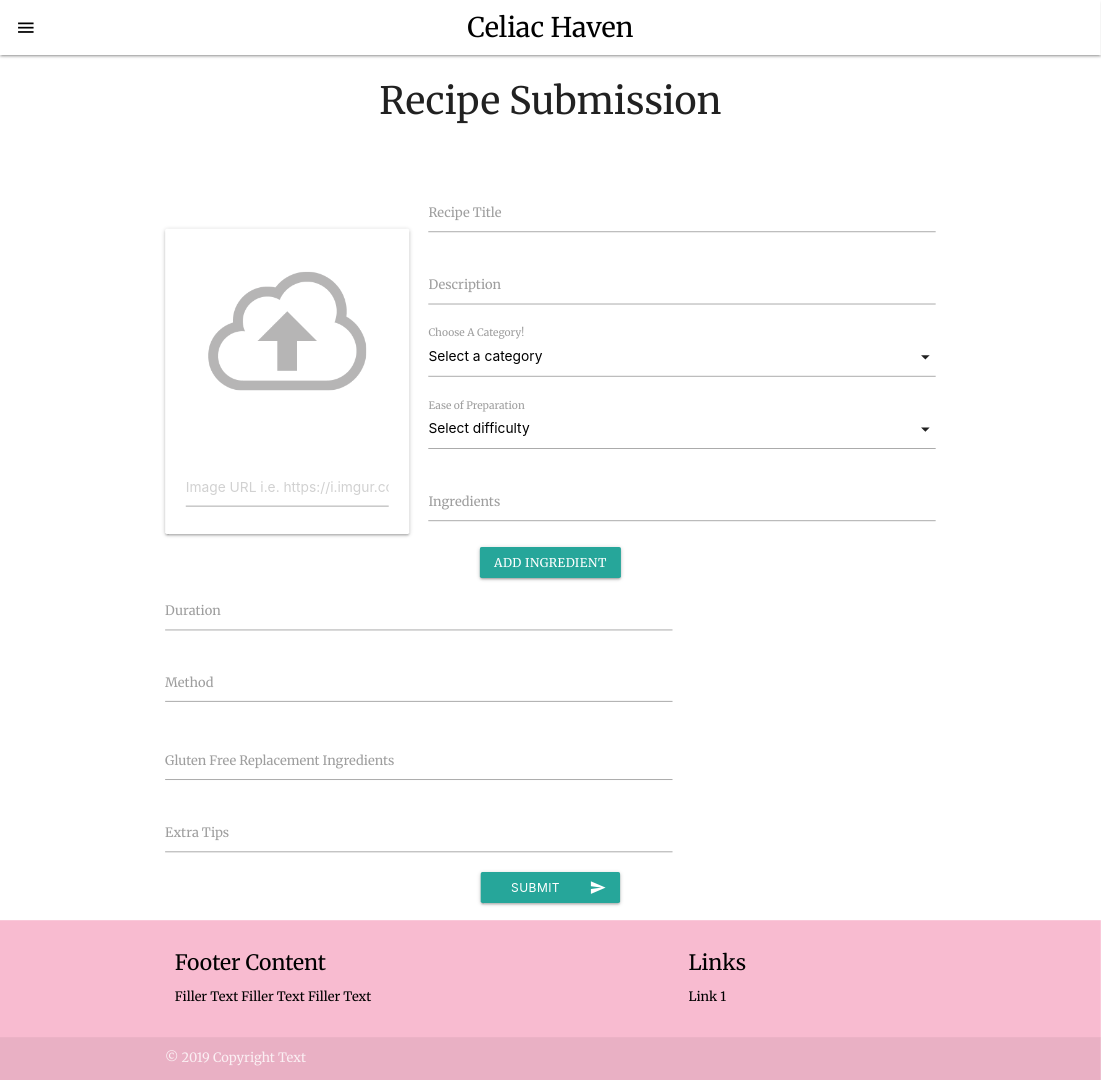
Repository: DanielJMaia/cookbook-project
Page: http://localhost/add_recipe
The author's editor kept a record of every edit. The page is drawn from the files as they stood at one moment, then again after the next edit.
The browser window is 1280 px wide. The pictures show the whole page, at 86% of full size.
Some web fonts or font styles are not loaded; a fallback is used. The page is served by the project's application, run on Flask 3 (app.py). Queries for data that is not in the repository find no rows.

Above is the page before.

After the next edit:
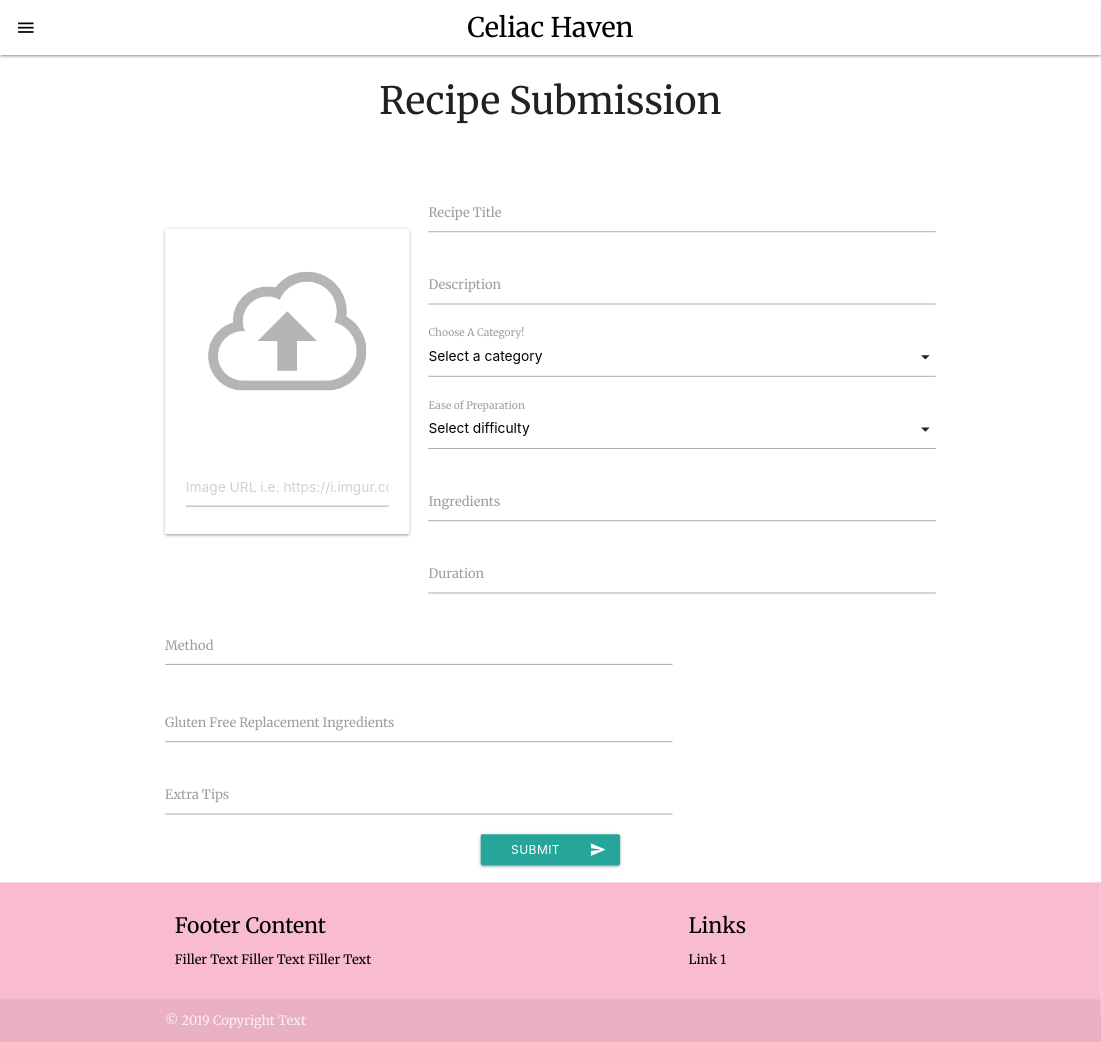
The edit:
--- a/templates/add_recipe.html
+++ b/templates/add_recipe.html
@@ -44,9 +44,6 @@
                 <input id="ingredients" type="text" class="validate" name="ingredients" required>
                 <label for="ingredients">Ingredients</label>
             </div>
-            <div class="col s12 center-align">
-                <a class="waves-effect waves-light btn button_form_min_width">Add Ingredient</a>
-            </div>
             <div class="input-field col s11 m8">
                 <input id="duration" type="text" class="validate" name="prep_duration" required>
                 <label for="duration">Duration</label>
